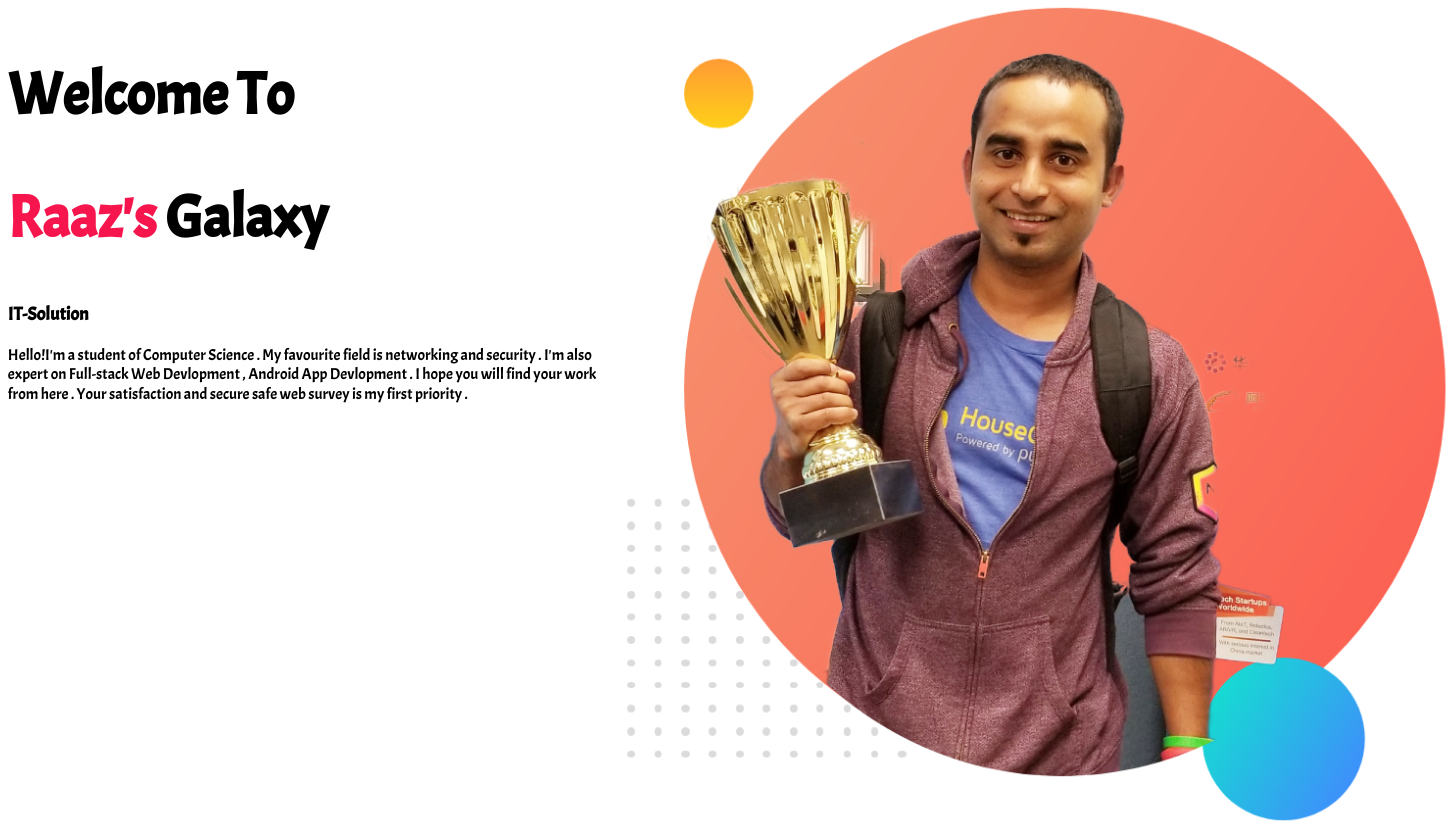
Repository: ramizraaz/my-portfolio
Page: about.html
These files come from the project's save history. The page is drawn as it stood at one moment and after the next save; the edit follows.
The browser window is 1280 px wide. The page is 1475 px wide, then 1280 px, so the pictures cover 1475 px, including what lies to the right of the window. The pictures show the whole page, at 98% of full size.

Above is the page before, as saved 2022-01-13 18:15:04.

After the next save:
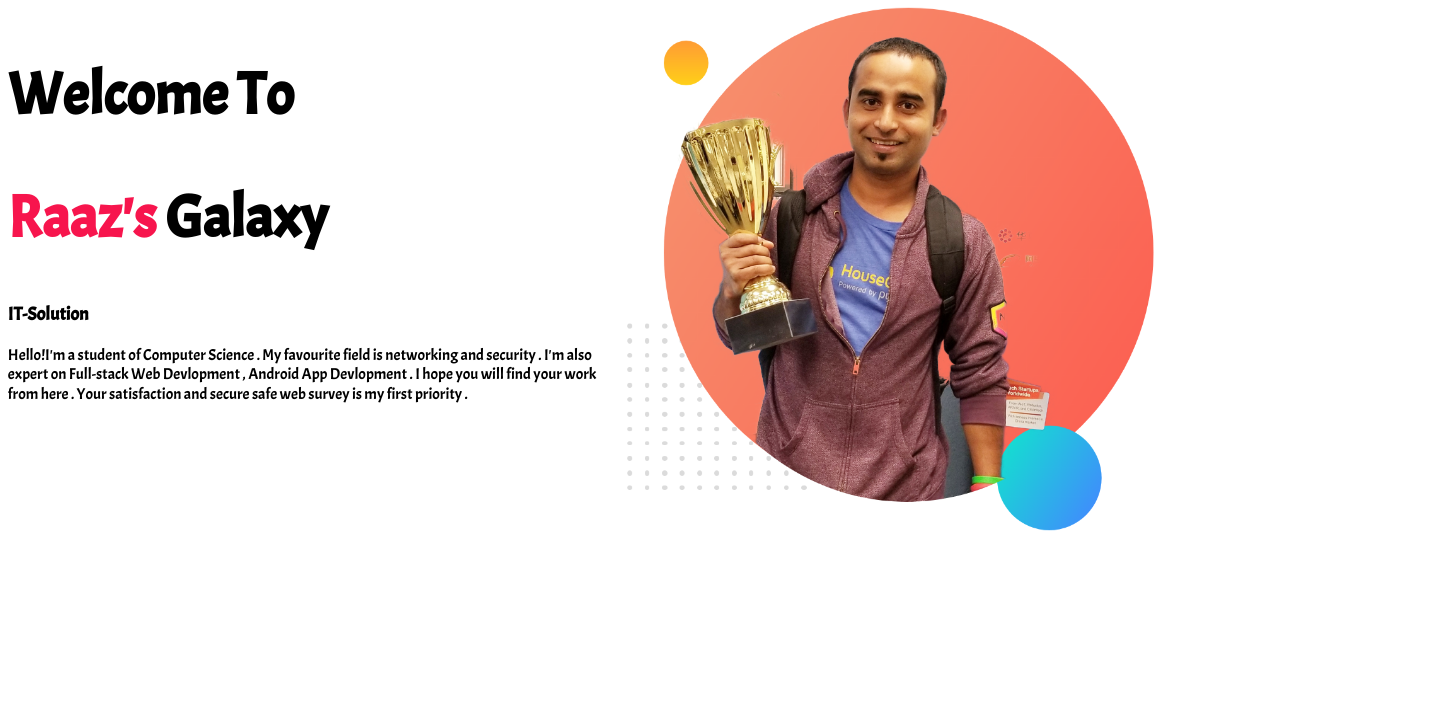
Saved 75 s later.
--- a/design.css
+++ b/design.css
@@ -19,3 +19,7 @@
     width: 50%;
     /*to make 2 div 50//50 size*/
 }
+
+.content img {
+    width: 85%;
+}
